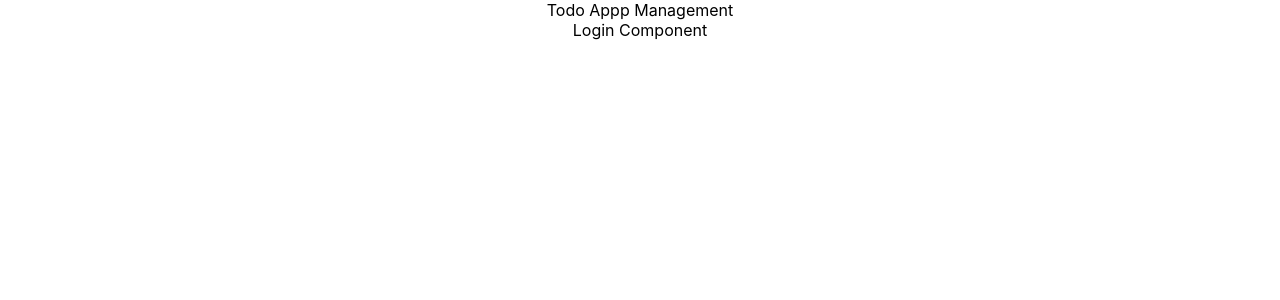
Repository: alexveremis/ReactWithRestAPI
Page: /todos
An editor plug-in stored every save of this project. The page is shown before and after the next save, followed by the edit.
The browser window is 1280 px wide. The pictures show the whole page.
The project was rebuilt for these pictures with package versions that can differ from the ones it lists, and the page was loaded fresh each time.

Above is the page before, as saved 2023-11-20 14:58:23.

After the next save:
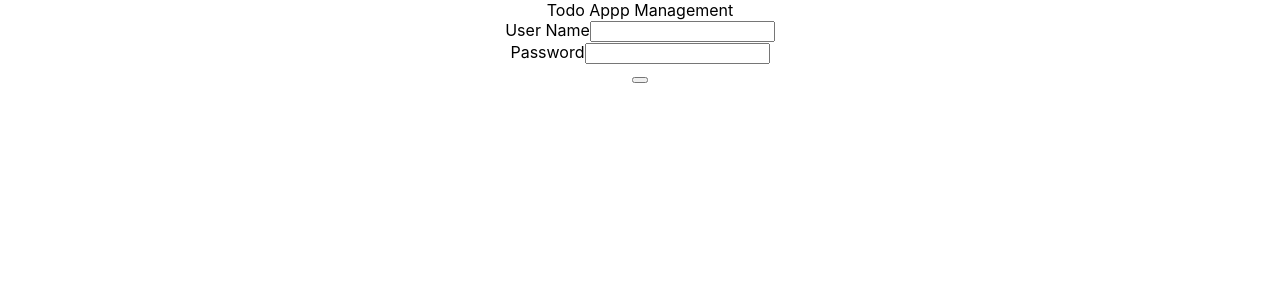
Saved 3 min 50 s later.
--- a/src/components/todo/TodoApp.jsx
+++ b/src/components/todo/TodoApp.jsx
@@ -3,6 +3,8 @@ export default function TodoApp(){
         <div className="TodoApp">
             Todo Appp Management
             <LoginComponent />
+            {/* <WelcomeComponent /> */}
+
         </div>
     )
 }
@@ -10,7 +12,27 @@ export default function TodoApp(){
 function LoginComponent(){
     return(
         <div className="Login">
-            Login Component
+            <div className="LoginForm">
+                <div>
+                    <label>User Name</label>
+                    <input type="text" name="username" />
+                </div>
+                <div>
+                    <label>Password</label>
+                    <input type="password" name="password" />
+                </div>
+                <div>
+                    <button type="button" name="login"/>
+                </div>
+            </div>
         </div>
     )
 }
+
+function WelcomeComponent(){
+    return(
+        <div className="Welcome">
+            Welcome Component
+        </div>
+    )
+}
